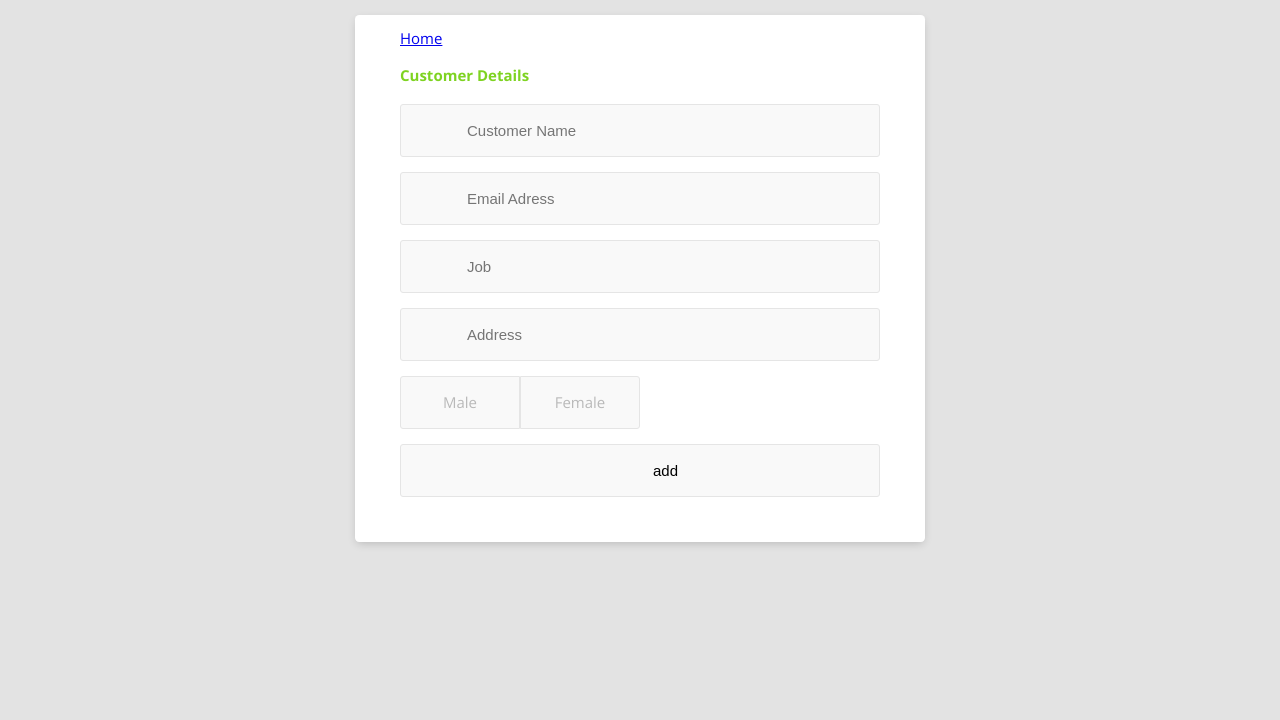
Repository: karthik-H/vms
Page: http://localhost/vms/customer-add.jsp
The author's editor kept a copy of each file at every save. The page is drawn from the files as they stood at one save, then again after the next save.
The browser window is 1280 px wide. The pictures show the whole page.
The page is served by Tomcat 9. Other server files are loaded and not shown.

Above is the page before, as saved 2019-01-26 18:45:15.

### Vehicle/vms/src/main/webapp/customer-add.jsp
<%@ page language="java" contentType="text/html; charset=ISO-8859-1"
    pageEncoding="ISO-8859-1"%>
<!DOCTYPE html PUBLIC "-//W3C//DTD HTML 4.01 Transitional//EN" "http://www.w3.org/TR/html4/loose.dtd">
<jsp:useBean id="mybean1" class="com.vms.Customer_Add" scope="request" />
<html >
<head>
  <meta charset="UTF-8">
  <title>Customer</title>
  <link rel="stylesheet" href="css/normalize.min.css">
  <link rel='stylesheet prefetch' href='css/font-awesome.min.css'>
  <link rel="stylesheet" href="css/styles.css">
  <!--web-fonts-->
 <link href='//fonts.googleapis.com/css?family=Open+Sans:400,300,400italic,300italic,600,700' rel='stylesheet' type='text/css'>
 <link href='//fonts.googleapis.com/css?family=Roboto+Slab:300,400,700' rel='stylesheet' type='text/css'>
<!--//web-fonts-->
</head>

<body>
<div class="container">
<a href="home.jsp">Home</a>
  <form method="post" action="Customer_Add">
    <div class="row">
      <h4>Customer Details</h4>
      <div class="input-group input-group-icon">
        <input type="text" placeholder="Customer Name" name="customerName"/>
      </div>
      <div class="input-group input-group-icon">
        <input type="email" placeholder="Email Adress" name="customerEmail"/>
      </div>
      <div class="input-group input-group-icon">
        <input type="text" placeholder="Job" name="customerJob"/>
      </div>
      <div class="input-group input-group-icon">
        <input type="text" placeholder="Address" name="customerAddress"/>
      </div>
      <div class="col-half">
        <div class="input-group">
          <input type="radio" name="gender" value="male" id="gender-male" name="gender"/>
          <label for="gender-male">Male</label>
          <input type="radio" name="gender" value="female" id="gender-female" name="gender"/>
          <label for="gender-female">Female</label>
        </div>
      </div>
      </div>
       <div class="input-group input-group-icon">
       <input type="submit" value="add" />
      </div>
    </div>
	 </div>
    </div>
  </form>
</div>
  <script src='js/jquery.js'></script>
    <script  src="js/index.js"></script>
</body>
</html>

### Vehicle/vms/src/main/webapp/css/styles.css
*,
*:before,
*:after {
  box-sizing: border-box;
}
body {
  padding: 1em;
  font-family: 'Open Sans', 'Helvetica Neue', Helvetica, Arial, sans-serif;
  font-size: 15px;
  color: #b9b9b9;
  background-color: #e3e3e3;
}
h4 {
  color: #7ed321;
}
input,
input[type="radio"] + label,
input[type="checkbox"] + label:before,
select option,
select {
  width: 100%;
  padding: 1em;
  line-height: 1.4;
  background-color: #f9f9f9;
  border: 1px solid #e5e5e5;
  border-radius: 3px;
  -webkit-transition: 0.35s ease-in-out;
  -moz-transition: 0.35s ease-in-out;
  -o-transition: 0.35s ease-in-out;
  transition: 0.35s ease-in-out;
  transition: all 0.35s ease-in-out;
}
input:focus {
  outline: 0;
  border-color: #64ac15;
}
input:focus + .input-icon i {
  color: #7ed321;
}
input:focus + .input-icon:after {
  border-right-color: #7ed321;
}
input[type="radio"] {
  display: none;
}
input[type="radio"] + label,
select {
  display: inline-block;
  width: 50%;
  text-align: center;
  float: left;
  border-radius: 0;
}
input[type="radio"] + label:first-of-type {
  border-top-left-radius: 3px;
  border-bottom-left-radius: 3px;
}
input[type="radio"] + label:last-of-type {
  border-top-right-radius: 3px;
  border-bottom-right-radius: 3px;
}
input[type="radio"] + label i {
  padding-right: 0.4em;
}
input[type="radio"]:checked + label,
input:checked + label:before,
select:focus,
select:active {
  background-color: #7ed321;
  color: #fff;
  border-color: #64ac15;
}
input[type="checkbox"] {
  display: none;
}
input[type="checkbox"] + label {
  position: relative;
  display: block;
  padding-left: 1.6em;
}
input[type="checkbox"] + label:before {
  position: absolute;
  top: 0.2em;
  left: 0;
  display: block;
  width: 1em;
  height: 1em;
  padding: 0;
  content: "";
}
input[type="checkbox"] + label:after {
  position: absolute;
  top: 0.45em;
  left: 0.2em;
  font-size: 0.8em;
  color: #fff;
  opacity: 0;
  font-family: FontAwesome;
  content: "\f00c";
}
input:checked + label:after {
  opacity: 1;
}
select {
  height: 3.4em;
  line-height: 2;
}
select:first-of-type {
  border-top-left-radius: 3px;
  border-bottom-left-radius: 3px;
}
select:last-of-type {
  border-top-right-radius: 3px;
  border-bottom-right-radius: 3px;
}
select:focus,
select:active {
  outline: 0;
}
select option {
  background-color: #7ed321;
  color: #fff;
}
.input-group {
  margin-bottom: 1em;
  zoom: 1;
}
.input-group:before,
.input-group:after {
  content: "";
  display: table;
}
.input-group:after {
  clear: both;
}
.input-group-icon {
  position: relative;
}
.input-group-icon input {
  padding-left: 4.4em;
}
.input-group-icon .input-icon {
  position: absolute;
  top: 0;
  left: 0;
  width: 3.4em;
  height: 3.4em;
  line-height: 3.4em;
  text-align: center;
  pointer-events: none;
}
.input-group-icon .input-icon:after {
  position: absolute;
  top: 0.6em;
  bottom: 0.6em;
  left: 3.4em;
  display: block;
  border-right: 1px solid #e5e5e5;
  content: "";
  -webkit-transition: 0.35s ease-in-out;
  -moz-transition: 0.35s ease-in-out;
  -o-transition: 0.35s ease-in-out;
  transition: 0.35s ease-in-out;
  transition: all 0.35s ease-in-out;
}
.input-group-icon .input-icon i {
  -webkit-transition: 0.35s ease-in-out;
  -moz-transition: 0.35s ease-in-out;
  -o-transition: 0.35s ease-in-out;
  transition: 0.35s ease-in-out;
  transition: all 0.35s ease-in-out;
}
.container {
  max-width: 38em;
  padding: 1em 3em 2em 3em;
  margin: 0em auto;
  background-color: #fff;
  border-radius: 4.2px;
  box-shadow: 0px 3px 10px -2px rgba(0, 0, 0, 0.2);
}
.row {
  zoom: 1;
}
.row:before,
.row:after {
  content: "";
  display: table;
}
.row:after {
  clear: both;
}
.col-half {
  padding-right: 10px;
  float: left;
  width: 50%;
}
.col-half:last-of-type {
  padding-right: 0;
}
.col-third {
  padding-right: 10px;
  float: left;
  width: 33.33333333%;
}
.col-third:last-of-type {
  padding-right: 0;
}
@media only screen and (max-width: 540px) {
  .col-half {
    width: 100%;
    padding-right: 0;
  }
}

Loaded but not shown: Vehicle/vms/src/main/webapp/css/normalize.min.css (common file); Vehicle/vms/src/main/webapp/css/font-awesome.min.css (library); Vehicle/vms/src/main/webapp/js/jquery.js (library)

After the next save:
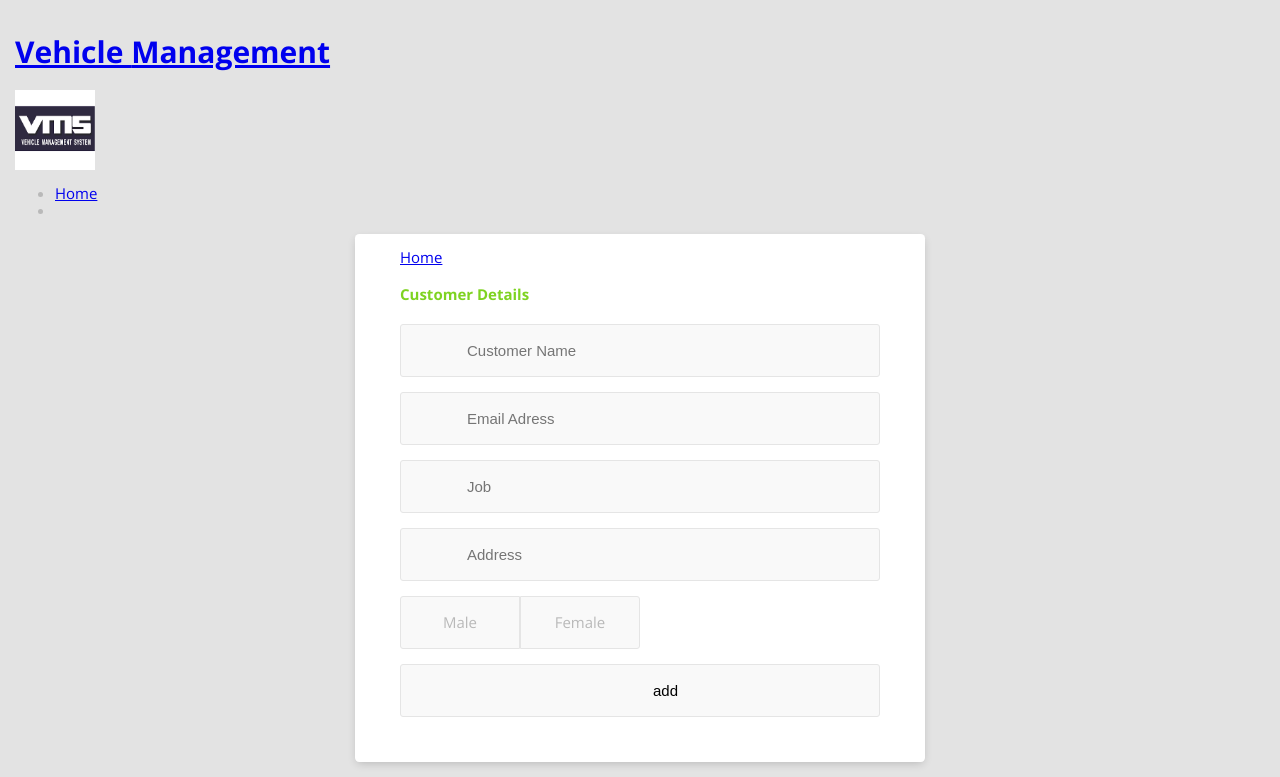
Saved 47 s later.
--- a/Vehicle/vms/src/main/webapp/customer-add.jsp
+++ b/Vehicle/vms/src/main/webapp/customer-add.jsp
@@ -16,6 +16,32 @@
 </head>
 
 <body>
+<div class="header_bg">
+	<div class="header">
+	  <div class="head-t">
+		 <div class="logo">
+			  <a href="index.jsp"><h1>Vehicle <span>Management</span></h1> </a>
+		  </div>
+		  <div class="header_right">
+			<div class="cart box_1">
+				<div>
+				<a  href="index.jsp"><img src="images/logo.png" width="80px" height="80px" /></a></div>
+				<div class="clearfix"> </div>
+			</div>
+		</div>
+		<div class="clearfix"></div>
+	    </div>
+		<!--start-header-menu-->
+		<ul class="megamenu skyblue">
+			<li class="active grid"><a class="color1" href="index.jsp">Home</a></li>
+                <li>
+				<form action="#" method="post">
+				</form>
+				</li>
+			</li>
+		 </ul>
+	</div>
+</div>
 <div class="container">
 <a href="home.jsp">Home</a>
   <form method="post" action="Customer_Add">
